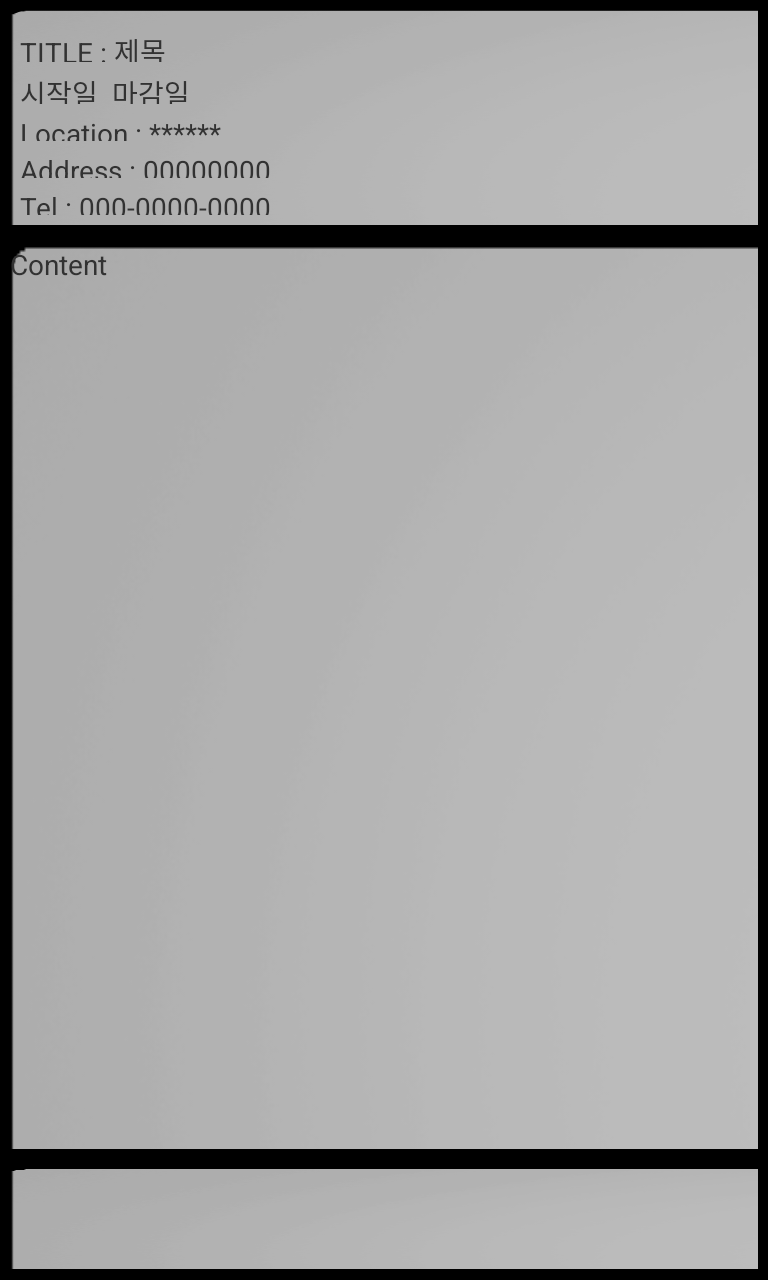
Repository: chlduq04/java
Layout: Culturemap/res/layout/detail.xml
The author's editor kept a copy of each file at every save. The layout is drawn from the files as they stood at one save, then again after the next save.
It is drawn on a 768 x 1280 px phone screen (xhdpi) without system bars, with theme AppTheme; the app's code is not run.

Above is the layout before, as saved 2012-07-23 07:21:46.

### Culturemap/res/layout/detail.xml
<?xml version="1.0" encoding="utf-8"?>
<LinearLayout xmlns:android="http://schemas.android.com/apk/res/android"
    android:layout_width="match_parent"
    android:layout_height="match_parent"
    android:background="#000000"
    android:orientation="vertical" >

    <LinearLayout
        android:background="@drawable/content"
        android:layout_width="match_parent"
        android:layout_weight="0.15"
        android:layout_height="100dip"
        android:layout_margin="5dip"
        android:orientation="vertical"
        android:padding="5dip" >

        <LinearLayout
            android:layout_width="fill_parent"
            android:layout_height="wrap_content"
            android:layout_weight="1"
            android:paddingTop="5dip" >

            <TextView
                android:layout_width="wrap_content"
                android:layout_height="wrap_content"
                android:text="TITLE : " >
            </TextView>

            <TextView
                android:layout_width="wrap_content"
                android:layout_height="wrap_content"
                android:text="제목" >
            </TextView>
        </LinearLayout>

        <LinearLayout
            android:layout_width="fill_parent"
            android:layout_height="wrap_content"
            android:layout_weight="1"
            android:paddingTop="5dip" >

            <TextView
                android:layout_width="wrap_content"
                android:layout_height="wrap_content"
                android:text="시작일  " >
            </TextView>

            <TextView
                android:layout_width="wrap_content"
                android:layout_height="wrap_content"
                android:text="마감일" >
            </TextView>
        </LinearLayout>

        <LinearLayout
            android:layout_width="fill_parent"
            android:layout_height="wrap_content"
            android:layout_weight="1"
            android:paddingTop="5dip" >

            <TextView
                android:layout_width="wrap_content"
                android:layout_height="wrap_content"
                android:text="Location : " >
            </TextView>

            <TextView
                android:layout_width="wrap_content"
                android:layout_height="wrap_content"
                android:text="******" >
            </TextView>
        </LinearLayout>

        <LinearLayout
            android:layout_width="fill_parent"
            android:layout_height="wrap_content"
            android:layout_weight="1"
            android:paddingTop="5dip" >

            <TextView
                android:layout_width="wrap_content"
                android:layout_height="wrap_content"
                android:text="Address : " >
            </TextView>

            <TextView
                android:layout_width="wrap_content"
                android:layout_height="wrap_content"
                android:text="00000000" >
            </TextView>
        </LinearLayout>

        <LinearLayout
            android:layout_width="fill_parent"
            android:layout_height="wrap_content"
            android:layout_weight="1"
            android:paddingTop="5dip" >

            <TextView
                android:layout_width="wrap_content"
                android:layout_height="wrap_content"
                android:text="Tel : " >
            </TextView>

            <TextView
                android:layout_width="wrap_content"
                android:layout_height="wrap_content"
                android:text="000-0000-0000" >
            </TextView>
        </LinearLayout>
    </LinearLayout>

    <LinearLayout
        android:background="@drawable/content"
        android:layout_width="match_parent"
        android:layout_height="150dip"
        android:layout_margin="5dip"
        android:layout_margin="5dip"
        android:layout_weight="6"
        android:orientation="vertical" >

        <TextView
            android:layout_width="fill_parent"
            android:layout_height="fill_parent"
            android:text="Content" />
    </LinearLayout>

    <LinearLayout
        android:background="@drawable/content"
        android:layout_width="match_parent"
        android:layout_height="10dip"
        android:layout_margin="5dip"
        android:layout_margin="5dip"
        android:layout_weight="0.8"
        android:orientation="vertical" >
    </LinearLayout>

</LinearLayout>

Loaded but not shown: Culturemap/res/values/styles.xml (common file)

After the next save:
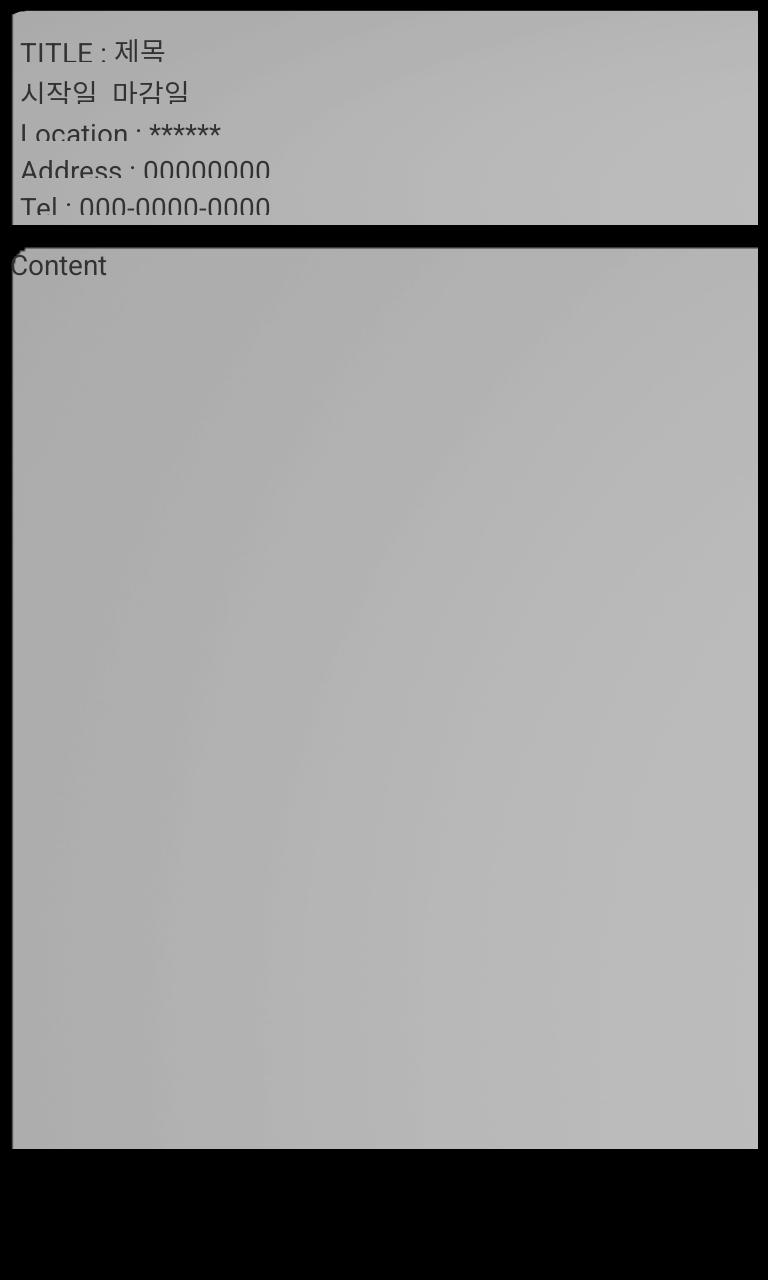
Saved 8 s later.
--- a/Culturemap/res/layout/detail.xml
+++ b/Culturemap/res/layout/detail.xml
@@ -126,7 +126,6 @@
     </LinearLayout>
 
     <LinearLayout
-        android:background="@drawable/content"
         android:layout_width="match_parent"
         android:layout_height="10dip"
         android:layout_margin="5dip"
